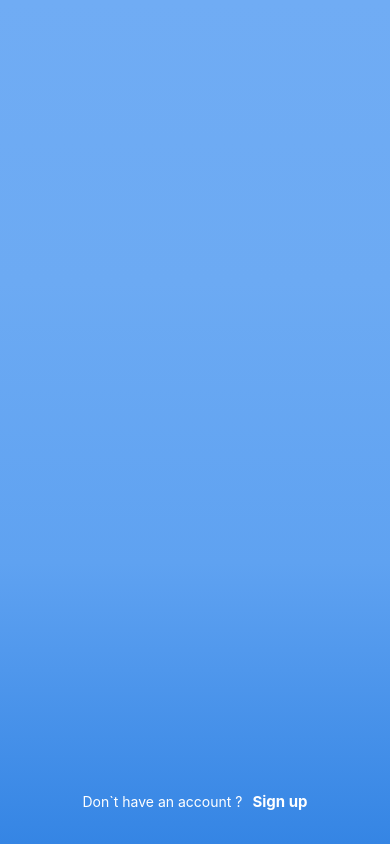
Repository: kamarajcalm/loginpage
Screen: /
An editor plug-in stored every save of this project. The screen is shown before and after the next save, followed by the edit.
The app was drawn by React Native's web renderer in a window 390 px wide. The project was rebuilt for these pictures with package versions that can differ from the ones it lists, and the page was loaded fresh each time.

Above is the screen before, as saved 2021-12-25 23:49:56.

After the next save:
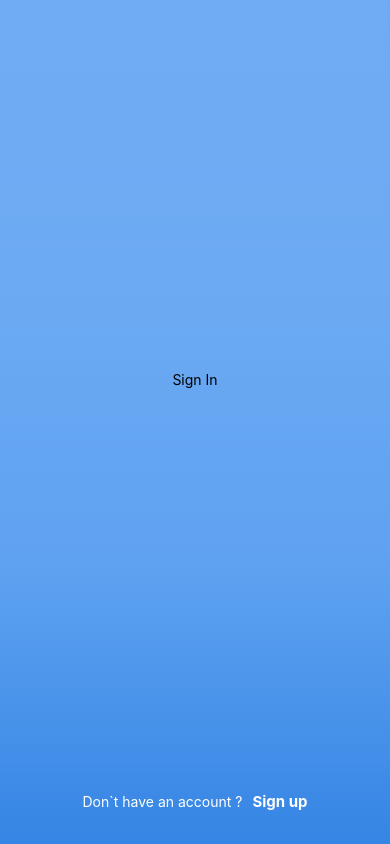
Saved 45 s later.
--- a/App.js
+++ b/App.js
@@ -11,7 +11,9 @@ export default function App() {
       <StatusBar style="auto" />
 
       <View style={styles.content}>
-
+        <View>
+          <Text>Sign In</Text>
+        </View>
       </View>
       <View style={styles.footer}>
         <View>
